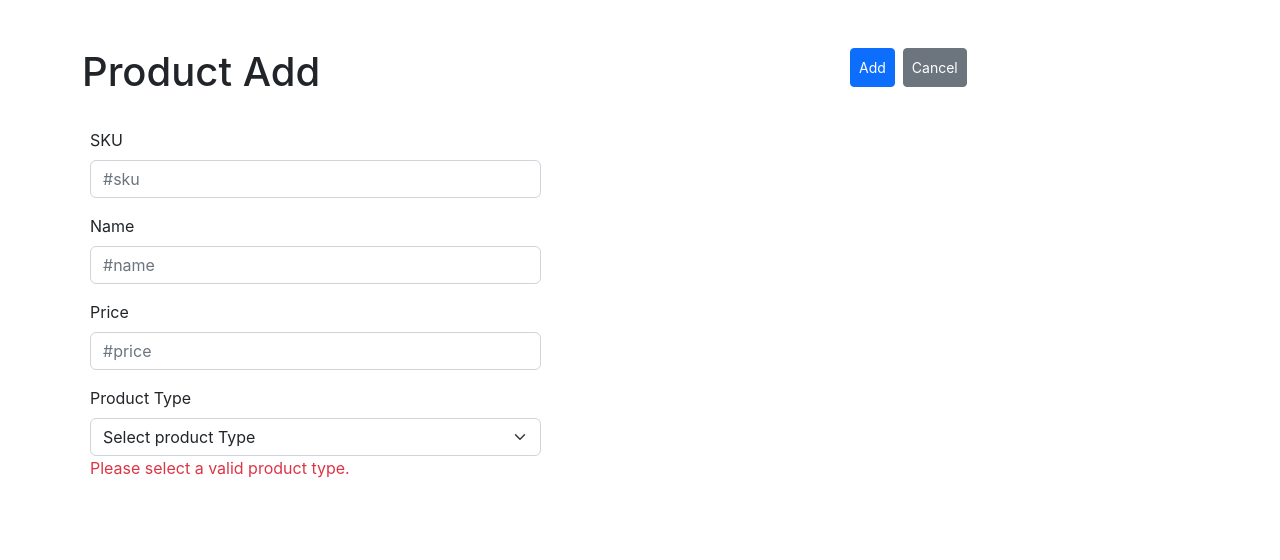
Repository: MagdyAbouelnasr/scandiweb_project
Page: /addproduct
These files come from the project's save history. The page is drawn as it stood at one moment and after the next save; the edit follows.
The browser window is 1280 px wide. The pictures show the whole page.
The project was rebuilt for these pictures with package versions that can differ from the ones it lists, and the page was loaded fresh each time. Also part of the build but not shown: src/App.css, src/components/Product/Product-style.scss, src/components/Product/Product.css, src/components/Pages/ProductList.jsx, src/components/ProductAdd/Book.component.jsx, src/components/ProductAdd/DVD.component.jsx, src/components/ProductAdd/Furniture.component.jsx, src/App.jsx.

Above is the page before, as saved 2023-05-09 01:20:30.

### public/index.html
<!DOCTYPE html>
<html lang="en">
  <head>
    <meta charset="utf-8" />
    <link rel="icon" href="%PUBLIC_URL%/favicon.ico" />
    <meta name="viewport" content="width=device-width, initial-scale=1" />
    <meta name="theme-color" content="#000000" />
    <meta
      name="description"
      content="Web site created using create-react-app"
    />
    <link rel="apple-touch-icon" href="%PUBLIC_URL%/logo192.png" />
    <!--
      manifest.json provides metadata used when your web app is installed on a
      user's mobile device or desktop. See https://developers.google.com/web/fundamentals/web-app-manifest/
    -->
    <link rel="manifest" href="%PUBLIC_URL%/manifest.json" />
    <!--
      Notice the use of %PUBLIC_URL% in the tags above.
      It will be replaced with the URL of the `public` folder during the build.
      Only files inside the `public` folder can be referenced from the HTML.

      Unlike "/favicon.ico" or "favicon.ico", "%PUBLIC_URL%/favicon.ico" will
      work correctly both with client-side routing and a non-root public URL.
      Learn how to configure a non-root public URL by running `npm run build`.
    -->
    <title>React App</title>
    <link
  rel="stylesheet"
  href="https://cdn.jsdelivr.net/npm/bootstrap@5.2.3/dist/css/bootstrap.min.css"
  integrity="sha384-rbsA2VBKQhggwzxH7pPCaAqO46MgnOM80zW1RWuH61DGLwZJEdK2Kadq2F9CUG65"
  crossorigin="anonymous"
/>
  </head>
  <body>
    <noscript>You need to enable JavaScript to run this app.</noscript>
    <div id="root"></div>
    <!--
      This HTML file is a template.
      If you open it directly in the browser, you will see an empty page.

      You can add webfonts, meta tags, or analytics to this file.
      The build step will place the bundled scripts into the <body> tag.

      To begin the development, run `npm start` or `yarn start`.
      To create a production bundle, use `npm run build` or `yarn build`.
    -->
  </body>
</html>

### src/index.js
import React from 'react';
import ReactDOM from 'react-dom/client';
import './index.scss';
import App from './App';
import {
  createBrowserRouter,
  RouterProvider,

} from "react-router-dom";
import ProductAdd from './components/Pages/ProductAdd';


const router = createBrowserRouter([
  {
    path: "/",
    element: <App />,
  },
  {
    path: "addproduct",
    element: <ProductAdd />,
  },
]);

const root = ReactDOM.createRoot(document.getElementById('root'));
root.render(
  <RouterProvider router={router} />
);

### src/index.scss
$background-default: #D5D5D5;


body {
  margin: 0;
  font-family: -apple-system, BlinkMacSystemFont, 'Segoe UI', 'Roboto', 'Oxygen',
    'Ubuntu', 'Cantarell', 'Fira Sans', 'Droid Sans', 'Helvetica Neue',
    sans-serif;
  -webkit-font-smoothing: antialiased;
  -moz-osx-font-smoothing: grayscale;
}

code {
  font-family: source-code-pro, Menlo, Monaco, Consolas, 'Courier New',
    monospace;
}

.fade-in {
  opacity: 0;
  transition: opacity 0.3s ease-in-out;
  &.fade-in-active {
    opacity: 1;
  }
}

### src/components/Pages/ProductAdd.jsx
// import { useNavigate } from 'react-router-dom';
// import { useState } from 'react';
// import Form from 'react-bootstrap/Form';
// import SelectProductType from '../ProductAdd/Selectcmp';
// import Button from 'react-bootstrap/Button';
// import axios from 'axios';

// function ProductAdd() {
//   const navigate = useNavigate();

//   const  [inputs , setInputs] = useState({});

//   const handleChange = (e) => {
//     const name = e.target.name;
//     const value = e.target.value;
//     setInputs(values => ({values, [name]: value}))
//   }
//   const handleSubmit = (e) => {
//     e.preventDefault();
//     axios.post('http://localhost:8000/addproduct', inputs).then((response)=>{
//       console.log(response.data);
//       navigate('/');
//     });

//     // console.log(inputs)
//   }



//   return (
//     <Form id="product_form" onSubmit={handleSubmit}>
//     <div className="container mt-5">
//       <div className="row">
//       <h1 className="page-header text-header col-md-8 text-start ">Product Add</h1>
//       <div className='col-4 float-end'>
//         <Button  type="submit" className='p-2 ms-2' variant="primary" size="sm">
//           Add
//         </Button>
//         <Button onClick={()=> navigate(-1)}  className='p-2 ms-2' variant="secondary" size="sm">
//           Cancel
//         </Button>
//       </div>
//       </div>
//     <br/>
//     <div className="row">

//     <div className="col-md-5 mx-2">
//       <Form.Group className="mb-3 mx-left" id="productInputSKU">
//         <Form.Label>SKU</Form.Label>
//         <Form.Control type="text" name="sku" placeholder="#sku" onChange={handleChange} />
//       </Form.Group>
//       <Form.Group className="mb-3" id="productInputName">
//         <Form.Label>Name</Form.Label>
//         <Form.Control type="text" name="name" placeholder="#name" onChange={handleChange} />
//       </Form.Group>
//       <Form.Group className="mb-3" id="productInputPrice">
//         <Form.Label>Price</Form.Label>
//         <Form.Control type="number" name="price" placeholder="#price" onChange={handleChange} />
//       </Form.Group>
//       <Form.Group className="mb-3" id="ProductType">
//       <Form.Label>Product Type</Form.Label>
//         <SelectProductType/>
//       </Form.Group>
//     </div>
//     </div>
//     </div>
//     </Form>
//   );
// }

// export default ProductAdd;
import { useNavigate } from 'react-router-dom';
import { useState } from 'react';
import Form from 'react-bootstrap/Form';
import SelectProductType from '../ProductAdd/Selectcmp';
import Button from 'react-bootstrap/Button';
import axios from 'axios';

function ProductAdd() {
  const navigate = useNavigate();

  const [inputs, setInputs] = useState({});
  const [errors, setErrors] = useState({});

  const handleChange = (e) => {
    console.log(e.target.value);
    console.log(e.target.name);
    const name = e.target.name;
    const value = e.target.value;

    setInputs((values) => ({ ...values, [name]: value }));
    validate()
    };

    // const handleRecievedData = (e) =>{
    //   const name = e.target.name;
    //   const value = e.target.value;
    //   setInputs((values) => ({ ...values, [name]: value }));
    //   console.log(e.name, e.value);
    // }

  // Form validation function
  const validate = () => {
    let newErrors = {};
    if (!inputs.sku) newErrors.sku = 'SKU is required';
    if (inputs.sku && inputs.sku.length > 9) newErrors.sku = 'SKU must be at most 9 characters';
    if (!inputs.name) newErrors.name = 'Name is required';
    if (inputs.price === undefined || inputs.price === '') newErrors.price = 'Price is required';
    if (inputs.price < 0) newErrors.price = 'Price cannot be negative';
    if (!inputs.product_attribute_value) newErrors.ProductType = 'please select a ProductType and provide a value';
    setErrors(newErrors);
    return Object.keys(newErrors).length === 0;
  };

  const handleSubmit = (e) => {
    e.preventDefault();
    if (validate()) {
      axios.post('http://localhost:8000/addproduct', inputs).then((response) => {
        console.log(response.data);
        navigate('/');
      });
    }
  };

  return (
    <Form id="product_form" onSubmit={handleSubmit}>
      <div className="container  mt-5">
        <div className="row">
          <h1 className="page-header text-header col-md-8 text-start ">Product Add</h1>
          <div className="col-4 float-end ">
            <Button type="submit" className="p-2 ms-2" variant="primary" size="sm">
              Add
            </Button>
            <Button
              onClick={() => navigate(-1)}
              className="p-2 ms-2"
              variant="secondary"
              size="sm"
            >
              Cancel
            </Button>
          </div>
        </div>
        <br />
        <div className="row">
          <div className="col-md-5 mx-2">
            <Form.Group className="mb-3 mx-left" id="productInputSKU">
              <Form.Label>SKU</Form.Label>
              <Form.Control
                type="text"
                name="sku"
                maxLength="9"
                placeholder="#sku"
                onChange={handleChange}
                required
              />
              {errors.sku && <Form.Text className="text-danger">{errors.sku}</Form.Text>}
            </Form.Group>
            <Form.Group className="mb-3" id="productInputName">
              <Form.Label>Name</Form.Label>
              <Form.Control
                type="text"
                name="name"
                placeholder="#name"
                onChange={handleChange}
                required
              />
              {errors.name && <Form.Text className="text-danger">{errors.name}</Form.Text>}
            </Form.Group>
            <Form.Group className="mb-3" id="productInputPrice">
              <Form.Label>Price</Form.Label>
              <Form.Control
                type="number"
                name="price"
                step="0.01"
                min="0"
                placeholder="#price"
                onChange={handleChange}
                required
              />
              {errors.price && <Form.Text className="text-danger">{errors.price}</Form.Text>}
            </Form.Group>
            <Form.Group className="mb-3" id="ProductType">
              <Form.Label>Product Type</Form.Label>
              <SelectProductType onChange={handleChange}
                required
                name="ProductType"/>
              {errors.ProductType && <Form.Text className="text-danger">{errors.ProductType}</Form.Text>}

            </Form.Group >
          </div>
        </div>
      </div>
    </Form>
  );
}

export default ProductAdd;

### src/components/ProductAdd/Selectcmp.jsx
import React, { useState, useEffect } from "react";
import Form from "react-bootstrap/Form";
import BookComponent from "./Book.component";
import DVDComponent from "./DVD.component";
import FurnitureComponent from "./Furniture.component";

const SelectProductType = (props) => {


  const [type, setType] = useState("selectProductType");
  const [DVDVisible, setDVDVisibility] = useState(false);
  const [bookVisible, setBookVisibility] = useState(false);
  const [FurnitureVisible, setFurnitureVisibility] = useState(false);
  const [isValid, setIsValid] = useState(false);

  const getData = (e) => {
    props.onChange(e);
  };

  useEffect(() => {
    if (["DVD", "Book", "Furniture"].includes(type)) {
      setIsValid(true);
    } else {
      setIsValid(false);
    }
    setDVDVisibility(type === "DVD");
    setBookVisibility(type === "Book");
    setFurnitureVisibility(type === "Furniture");
  }, [type]);

  const handleOnChange = (e) => {
    setType(e.target.value);
    props.onChange(e);
  };

  const [weightData, setWeightData] = useState({});

  const handleWeightChange = (data) => {
    // setWeightData(data);
    // console.log(weightData, 'weight data');
    getData(data);
  };

  return (
    <>
      <Form.Group className="mb-3" id="productInputName">
        <Form.Select
          aria-label="select product type"
          value={type}
          onChange={handleOnChange}
          required
          name="product_type"
        >
          <option value="selectProductType">Select product Type</option>
          <option value="DVD">DVD</option>
          <option value="Book">Book</option>
          <option value="Furniture">Furniture</option>
        </Form.Select>
        {!isValid && (
          <p className="text-danger">
            Please select a valid product type.
          </p>
        )}
        <div>
          {bookVisible && <BookComponent onWeightChange={handleWeightChange} onChange={getData}/>}
          {DVDVisible && <DVDComponent />}
          {FurnitureVisible && <FurnitureComponent />}
        </div>
      </Form.Group>
    </>
  );
};

export default SelectProductType;

### src/components/Product/Product.jsx
import './Product-style.scss';
import './Product.css';
import * as React from 'react';
import Box from '@mui/material/Box';
import Card from '@mui/material/Card';
import CardActions from '@mui/material/CardActions';
import CardContent from '@mui/material/CardContent';
import Typography from '@mui/material/Typography';
import IconButton from '@mui/material/IconButton';
import CropSquareIcon from '@mui/icons-material/CropSquare';
import { useState } from 'react';


const bull = (
  <Box
  component="span"
  sx={{ display: 'inline-block', mx: '2px', transform: 'scale(0.8)' }}
  >
    •
  </Box>
);


const ProductCard = ({ id, sku, name, price, product_attribute, typeValue, selectedProducts }) => {
  const selectedProduct = () => {
    selectedProducts(id)
   }
  return (
    <>
      <CardContent>
        <CardActions>
          <IconButton aria-label="select to delete" className="delete-checkbox" onClick={selectedProduct}>
            <CropSquareIcon />
          </IconButton>
        </CardActions>
        <Typography sx={{ fontSize: 14 }} color="text.secondary" gutterBottom>
          SKU: {sku}
        </Typography>
        {bull}
        <Typography wrap="true" sx={{}} variant="h5" component="div" >
          {name}
        </Typography>
        {bull}
        <Typography sx={{ mb: 1.5 }} color="text.secondary">
          Price: {price}$
        </Typography>
        {bull}
        <Typography variant="body2">
          {product_attribute}: {typeValue} {console.log(product_attribute)}
        </Typography>
      </CardContent>
    </>
  );
};

const Product = ({ product , selectedProducts}) => {

  const selectedProductsDelete = (data) => {
    selectedProducts(data);
  }
// console.log(selectedProducts);
  return (
    <Box sx={{m:2, minWidth: 270, maxWidth: 270 }}>
      <Card variant="outlined">
        <ProductCard selectedProducts={selectedProductsDelete} id={product.id} sku={product.sku} name={product.name} price={product.price} product_attribute={product.product_attribute} typeValue={product.product_attribute_value} />
      </Card>
    </Box>
  );
};

export default Product;

After the next save:
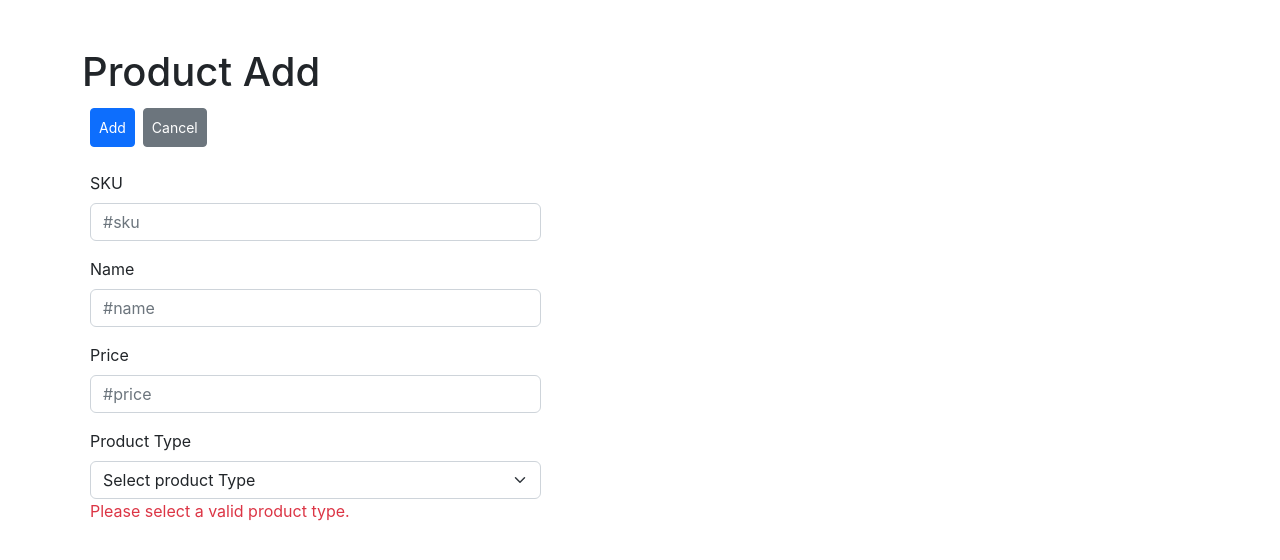
Saved 16 s later.
--- a/src/components/Pages/ProductAdd.jsx
+++ b/src/components/Pages/ProductAdd.jsx
@@ -125,7 +125,7 @@ function ProductAdd() {
   return (
     <Form id="product_form" onSubmit={handleSubmit}>
       <div className="container  mt-5">
-        <div className="row">
+        <div className="row gap-1">
           <h1 className="page-header text-header col-md-8 text-start ">Product Add</h1>
           <div className="col-4 float-end ">
             <Button type="submit" className="p-2 ms-2" variant="primary" size="sm">
